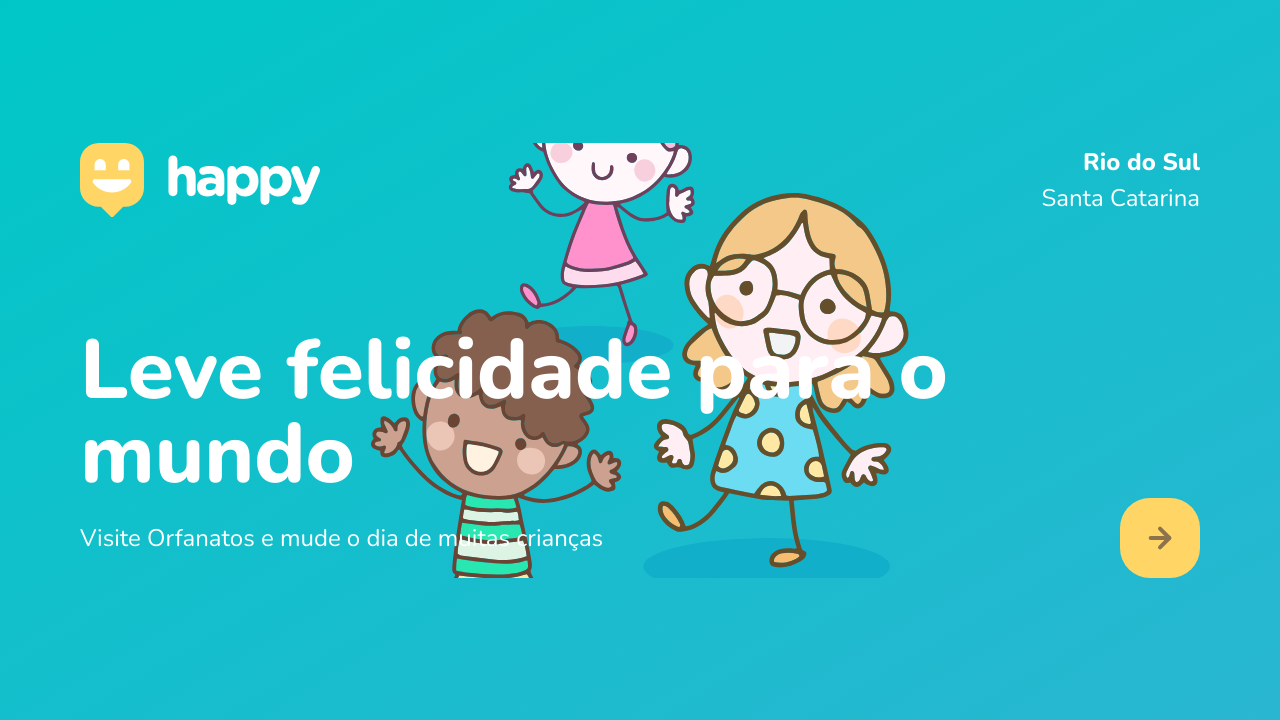
Repository: TeoNogueira/nlw3-rocketseatproject
Page: index.html
The author's editor kept a copy of each file at every save. The page is drawn from the files as they stood at one save, then again after a run of saves.
The browser window is 1280 px wide. The pictures show the whole page.

Above is the page before, as saved 2020-10-13 13:00:20.

After the next 2 saves:
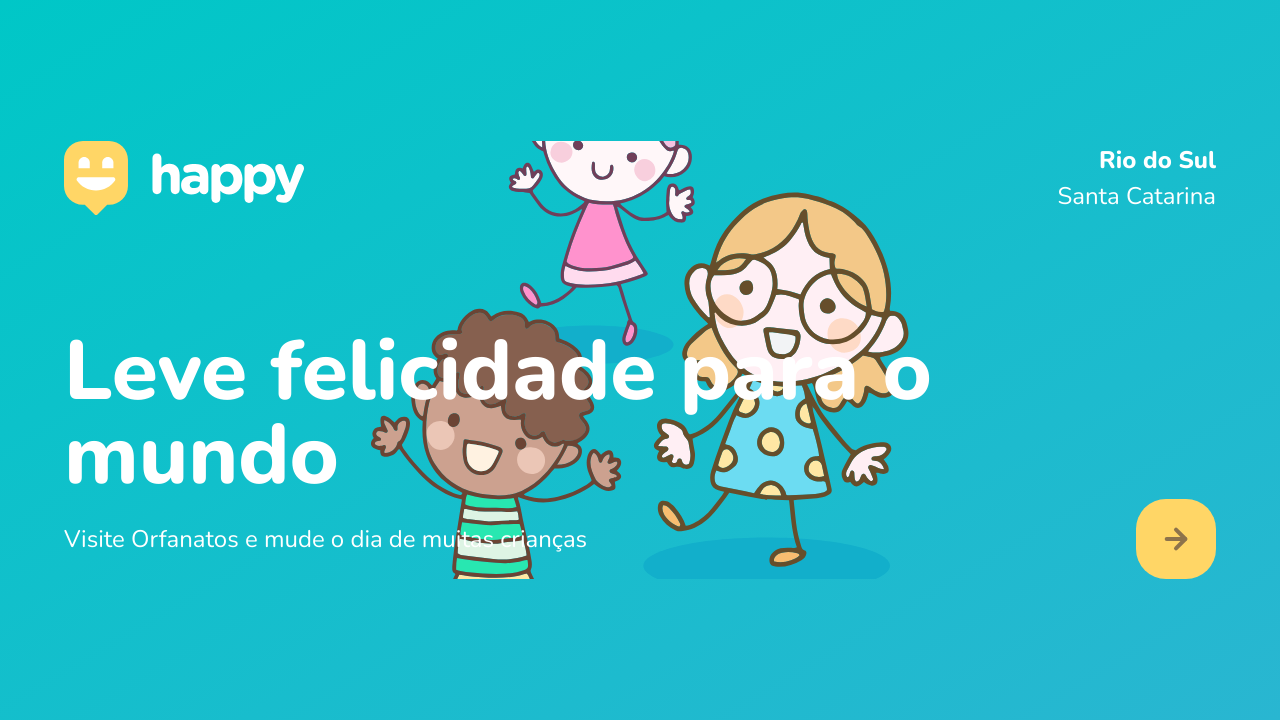
The 2 saves are shown as one change because they came seconds apart.
The last was saved 15 s later.
--- a/public/css/page-landing.css
+++ b/public/css/page-landing.css
@@ -16,7 +16,7 @@
 
 #container {
   margin: auto;
-  width: min(90%, 112rem);
+  width: min(90%, 200rem);
 
 
 }
